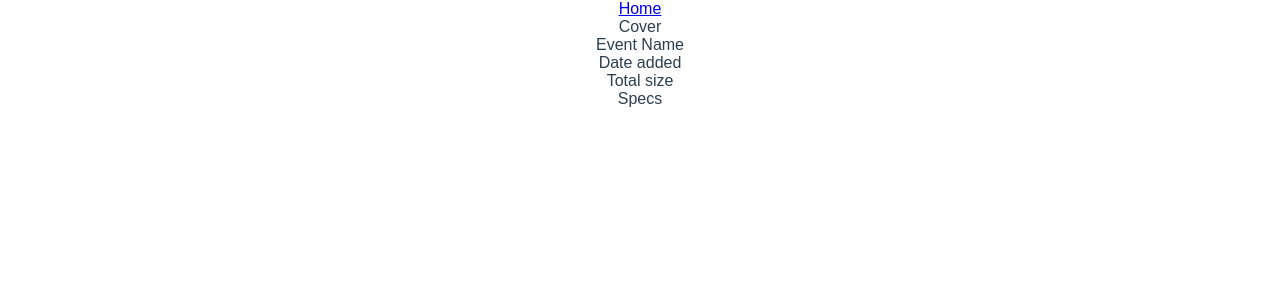
Repository: SyneosAndreia/Allergan_AFA84245_Website
Page: /
The author's editor kept a copy of each file at every save. The page is drawn from the files as they stood at one save, then again after the next save.
The browser window is 1280 px wide. The pictures show the whole page.
The project was rebuilt for these pictures with package versions that can differ from the ones it lists, and the page was loaded fresh each time. Also part of the build but not shown: vue.config.js.

Above is the page before, as saved 2020-03-11 16:32:45.

### src/main.js
import Vue from 'vue'
import App from './App.vue'
import router from './router'
import store from './store'
import '@/css/global.css'

Vue.config.productionTip = false

new Vue({
  router,
  store,
  render: h => h(App)
}).$mount('#app')

### src/App.vue
<template>
  <div id="app">
<header><router-link to="/">Home</router-link></header>
    <router-view/>
  </div>
</template>

<style>
#app {
  font-family: Avenir, Helvetica, Arial, sans-serif;
  -webkit-font-smoothing: antialiased;
  -moz-osx-font-smoothing: grayscale;
  text-align: center;
  color: #2c3e50;
}

#nav {
  padding: 30px;
}

#nav a {
  font-weight: bold;
  color: #2c3e50;
}

#nav a.router-link-exact-active {
  color: #42b983;
}
</style>

### src/css/global.css
/* =======
[ RESET ]
========= */
* {
    margin: 0;
    padding: 0;
    font-family: Arial, Helvetica, sans-serif;
}

button {
    padding: 0;
    border: none;
    background: none;
}

h1 {
    font-size: 36;
    text-align: left;
}

.btn-modal {
    background-image: url("../assets/img/info.png");
    width: 74px;
    height: 24px;
    cursor: pointer;
}

/* =======
[ TABLE ]
========= */

.title-wrap,
.presentation-wrap {
    padding: 20px;
}

.element-wrap {
    width: 300px;
    text-align: left
}

### src/views/Home.vue
<template>
  <div>
    <MainPage/>
  </div>
</template>

<script>
// @ is an alias to /src
import MainPage from '@/components/Home.vue'

export default {
  name: 'Home',
  components: {
    MainPage
  }
}
</script>

### src/components/Home.vue
<template>
    <div class="tite-wrap">
        <div>Cover</div>
        <div>Event Name</div>
        <div>Date added</div>
        <div>Total size</div>
        <div>Specs</div>


    </div>
</template>


<script>
export default {
    name:'MainPage',
}
</script>

Loaded but not shown: public/index.html (common file); src/router/index.js (common file); src/store/index.js (common file)

After the next save:
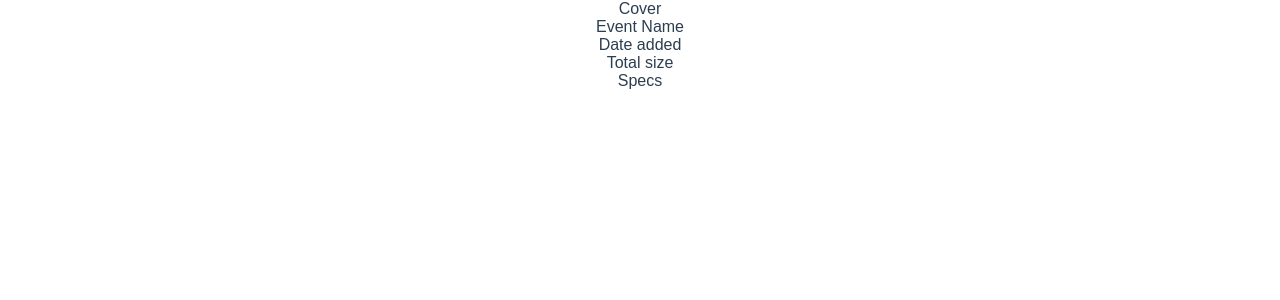
Saved 2 min 5 s later.
--- a/src/App.vue
+++ b/src/App.vue
@@ -1,6 +1,8 @@
 <template>
   <div id="app">
-<header><router-link to="/">Home</router-link></header>
+    <header>
+      <!-- <router-link to="/">Home</router-link> -->
+    </header>
     <router-view/>
   </div>
 </template>
